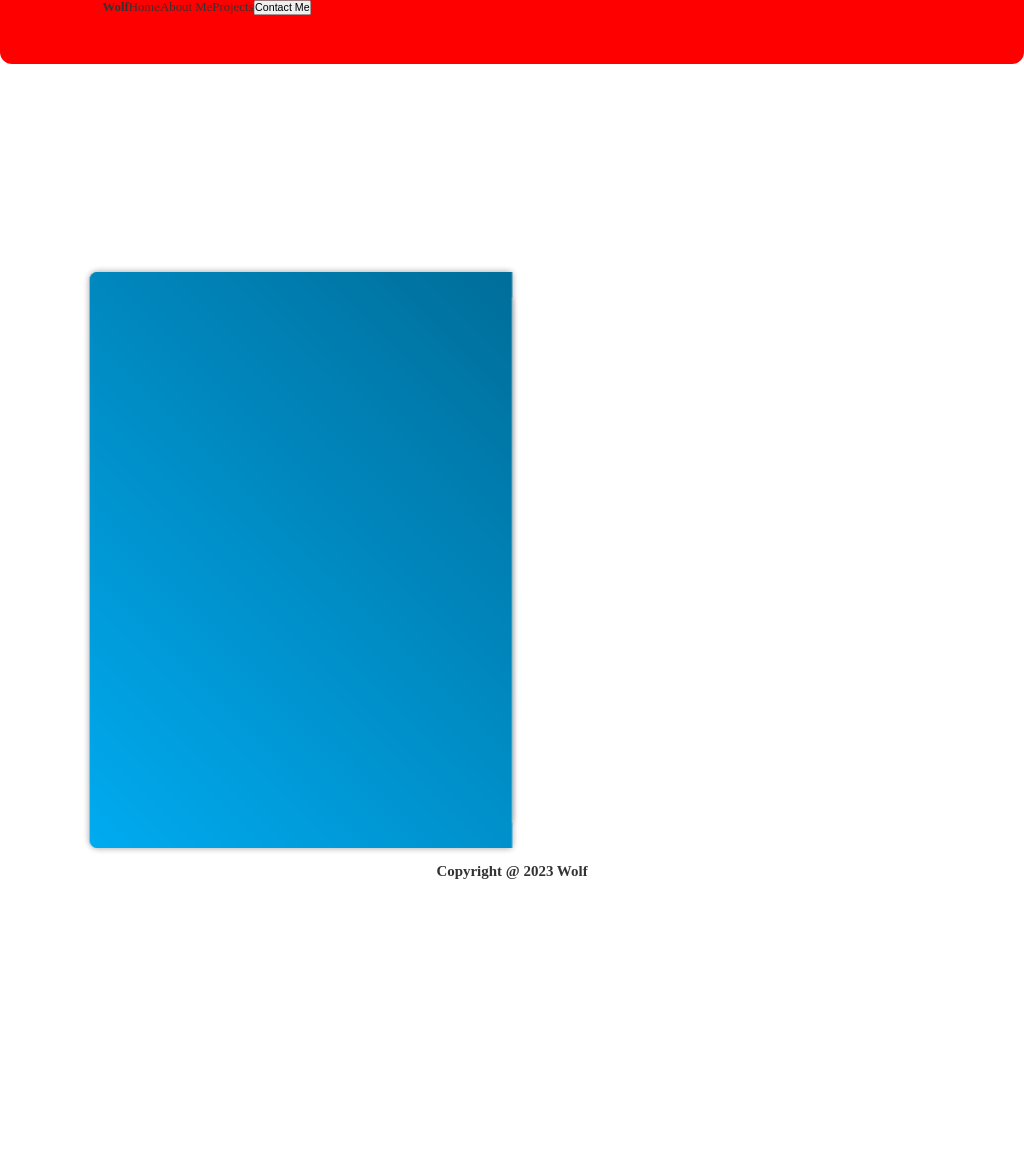
Repository: Ego-Wolf/Portfolio
Page: index.html
The author's editor kept a copy of each file at every save. The page is drawn from the files as they stood at one save, then again after the next save.
The browser window is 1280 px wide. The pictures show the whole page, at 80% of full size.
Pictures or frames that could not be fetched are drawn as grey boxes.

Above is the page before, as saved 2023-12-14 16:03:31.

After the next save:
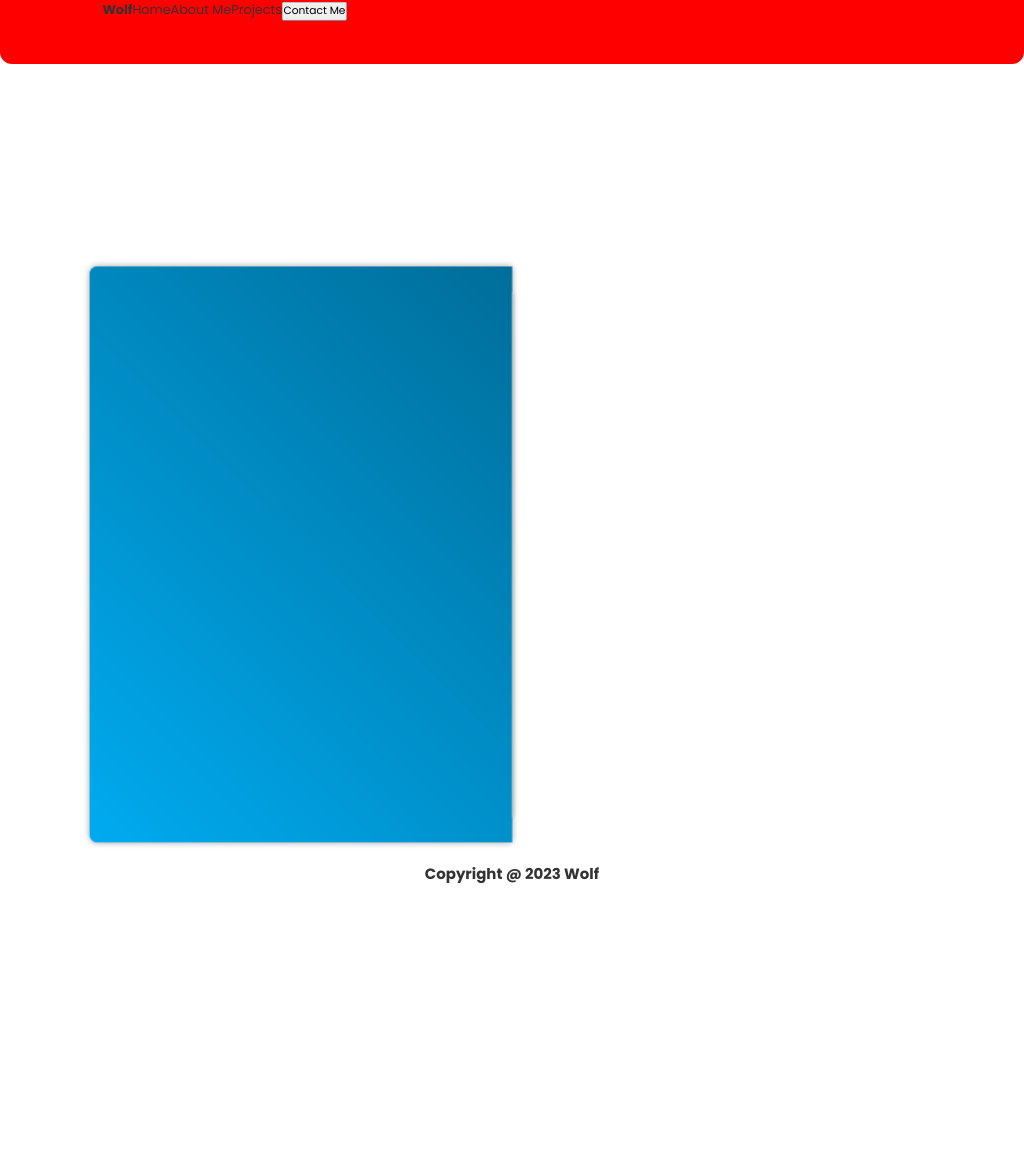
Saved 4 s later.
--- a/style.css
+++ b/style.css
@@ -4,7 +4,7 @@
     margin: 0;
     padding: 0;
     box-sizing: border-box;
-    /* font-family: 'Poppins', sans-serif; */
+    font-family: 'Poppins', sans-serif;
     text-decoration: none;
     list-style-type: none;
 }
